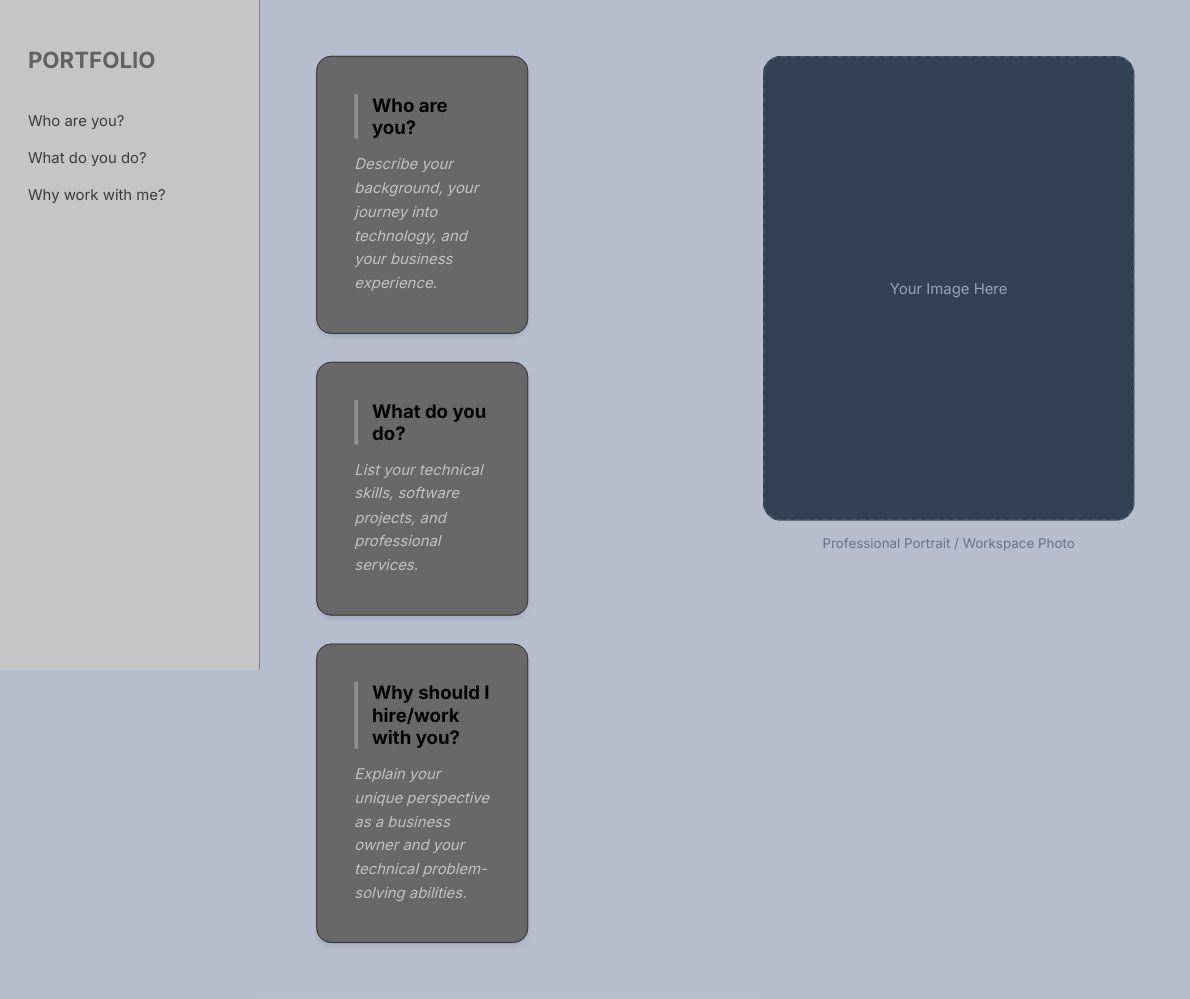
Repository: KevinSamaha/Kevin_Samaha
Page: index.html
These files come from the project's save history. The page is drawn as it stood at one moment and after the next save; the edit follows.
The browser window is 1280 px wide. The pictures show the whole page, at 93% of full size.

Above is the page before, as saved 2026-05-03 16:26:19.

After the next save:
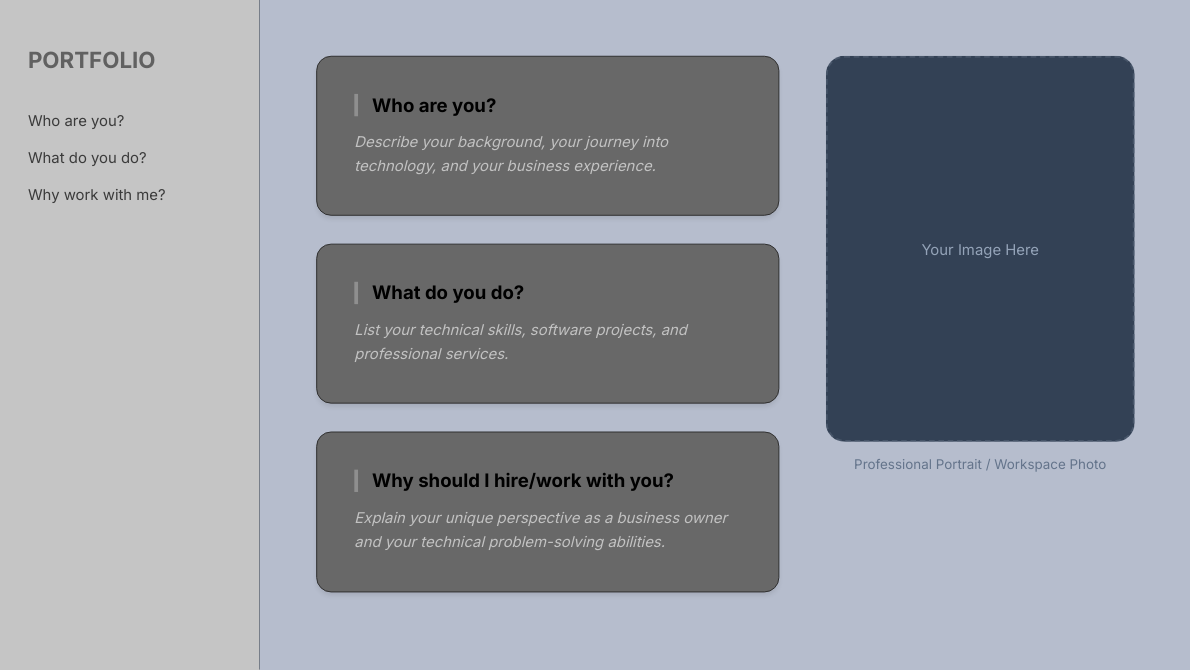
Saved 7 s later.
--- a/index.html
+++ b/index.html
@@ -48,7 +48,7 @@
         </div>
 
         <!-- Right Side: Your Photo -->
-        <div class="image-column",></div>
+        <div class="image-column",>
         <div class="profile-container">
                 <div class="profile-frame">
                     <!-- To use your photo: replace the span below with <img src="yourphoto.jpg"> -->
@@ -56,6 +56,7 @@
                 </div>
                 <p class="image-hint">Professional Portrait / Workspace Photo</p>
         </div>
+        </div>
     </main>
 
 </body>
